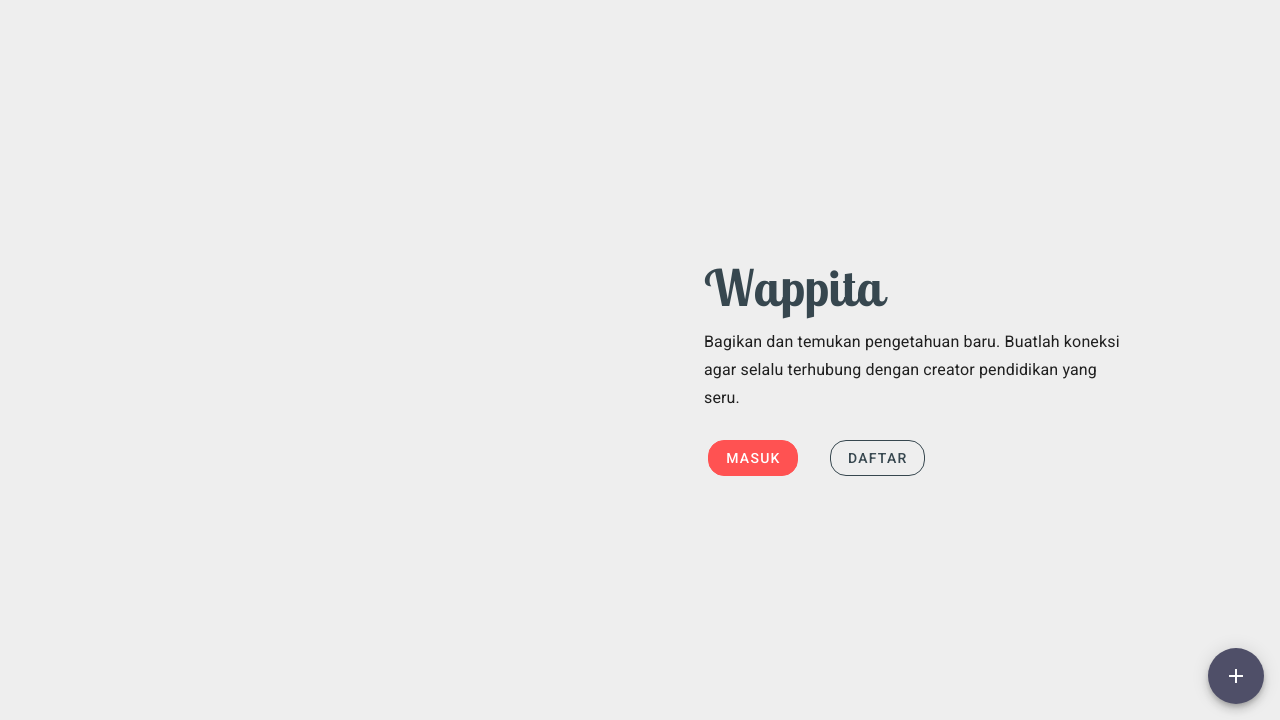
Repository: wildanpurnomo/kulia-fe
Page: /
The author's editor kept a copy of each file at every save. The page is drawn from the files as they stood at one save, then again after the next save.
The browser window is 1280 px wide. The pictures show the whole page.
The page's requests for data from a server got no answer. The project was rebuilt for these pictures with package versions that can differ from the ones it lists, and the page was loaded fresh each time. No one was signed in, and anything a server would have sent is missing. Also part of the build but not shown: vue.config.js. Imported but missing from the stored project, and not drawn on this page: src/views/partials/main/MyProfile.vue.

Above is the page before, as saved 2020-11-27 21:27:27.

After the next save:
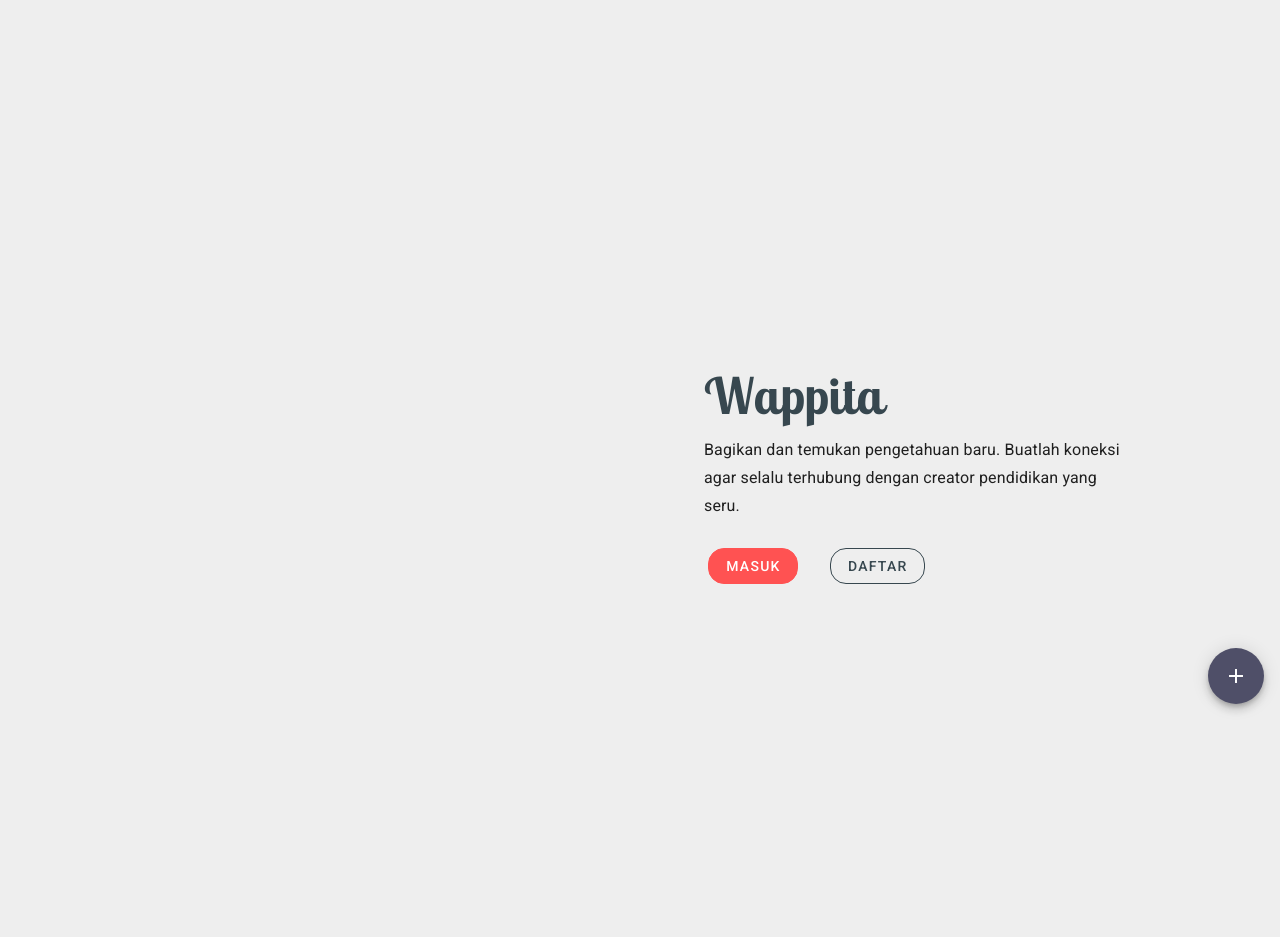
Saved 2 min 18 s later.
--- a/src/views/Landing.vue
+++ b/src/views/Landing.vue
@@ -3,6 +3,7 @@
   <v-container fill-height>
     <v-row align="center">
       <v-col cols="6">
+        <v-img src="../assets/image.png"></v-img>
         <v-img src="../assets/image.png"></v-img>
       </v-col>
       <v-spacer></v-spacer>

After the save that followed:
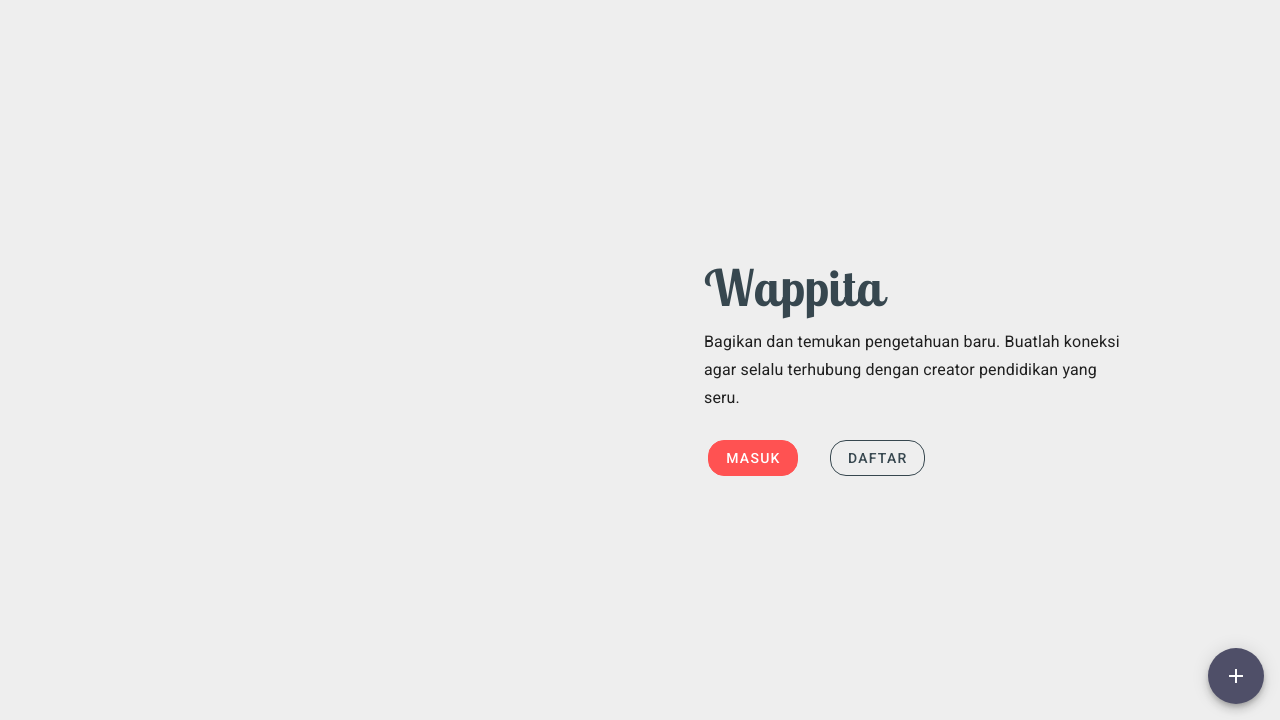
Saved 51 s later.
--- a/src/views/Landing.vue
+++ b/src/views/Landing.vue
@@ -3,7 +3,6 @@
   <v-container fill-height>
     <v-row align="center">
       <v-col cols="6">
-        <v-img src="../assets/image.png"></v-img>
         <v-img src="../assets/image.png"></v-img>
       </v-col>
       <v-spacer></v-spacer>
